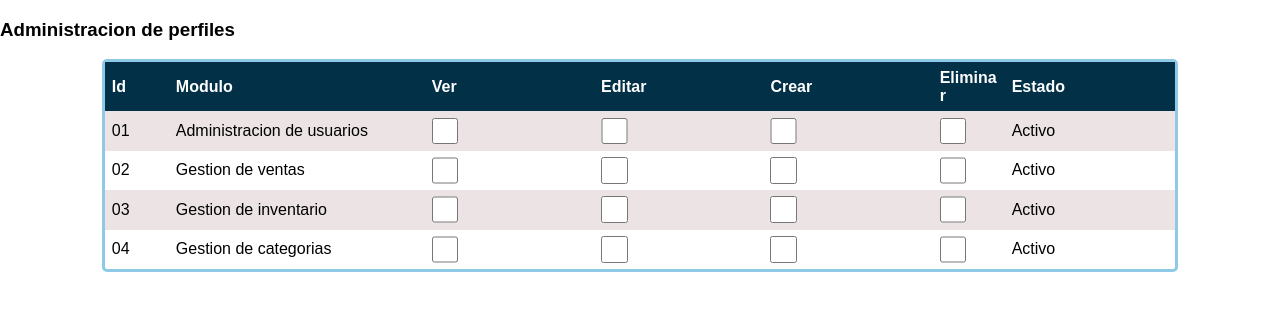
Repository: AlexanderBarona/Proyecto_Ciclo3_Mintic
Page: PaginaWeb/pages/listar_perfiles.html
The author's editor kept a copy of each file at every save. The page is drawn from the files as they stood at one save, then again after the next save.
The browser window is 1280 px wide. The pictures show the whole page.

Above is the page before, as saved 2021-09-30 14:30:33.

### PaginaWeb/pages/listar_perfiles.html
<!DOCTYPE html>
<html>

   <head>
      <title>Administracion de perfiles</title>
      <link href="../css/style.css" rel="stylesheet" type="text/css">
      <link href="../css/admin_user.css" rel="stylesheet" type="text/css">
   </head>
   <body class="admin_user">

        <header>
           <h3>Administracion de perfiles</h3>
        </header>
        <main>

          <div class="table_principal">
              <table class="table_entity2">

                <tbody class="table_body">

                    <tr class="table_header">
                      <td class="table_cell">Id</td>
                      <td class="table_cell">Modulo</td>
                      <td class="table_cell">Ver</td>
                      <td class="table_cell">Editar</td>
                      <td class="table_cell">Crear</td>
                      <td class="table_cell">Eliminar</td>
                      <td class="table_cell">Estado</td>
                    </tr>

                    <tr >
                      <td class="table_cell">01</td>
                      <td class="table_cell">Administracion de usuarios</td>
                      <td class="table_cell">
                        <div class="checkbox_container">
                          <input type="checkbox" >
                        </div>
                      </td>
                      <td class="table_cell">
                        <div class="checkbox_container">
                          <input type="checkbox" >
                        </div>
                      </td>
                      <td class="table_cell">
                        <div class="checkbox_container">
                          <input type="checkbox" >
                        </div>
                      </td>
                      <td class="table_cell">
                        <div class="checkbox_container">
                          <input type="checkbox" >
                        </div>
                      </td>
                      <td class="table_cell">Activo</td>

                    </tr>

                    <tr >
                      <td class="table_cell">02</td>
                      <td class="table_cell">Gestion de ventas</td>
                      <td class="table_cell">
                        <div class="checkbox_container">
                          <input type="checkbox" >
                        </div>
                      </td>
                      <td class="table_cell">
                        <div class="checkbox_container">
                          <input type="checkbox" >
                        </div>
                      </td>
                      <td class="table_cell">
                        <div class="checkbox_container">
                          <input type="checkbox" >
                        </div>
                      </td>
                      <td class="table_cell">
                        <div class="checkbox_container">
                          <input type="checkbox" >
                        </div>
                      </td>
                      <td class="table_cell">Activo</td>

                    </tr>
                    <tr >
                      <td class="table_cell">03</td>
                      <td class="table_cell">Gestion de inventario</td>
                      <td class="table_cell">
                        <div class="checkbox_container">
                          <input type="checkbox" >
                        </div>
                      </td>
                      <td class="table_cell">
                        <div class="checkbox_container">
                          <input type="checkbox" >
                        </div>
                      </td>
                      <td class="table_cell">
                        <div class="checkbox_container">
                          <input type="checkbox" >
                        </div>
                      </td>
                      <td class="table_cell">
                        <div class="checkbox_container">
                          <input type="checkbox" >
                        </div>
                      </td>
                      <td class="table_cell">Activo</td>

                    </tr>

                    <tr >
                      <td class="table_cell">04</td>
                      <td class="table_cell">Gestion de categorias</td>
                      <td class="table_cell">
                        <div class="checkbox_container">
                          <input type="checkbox" >
                        </div>
                      </td>
                      <td class="table_cell">
                        <div class="checkbox_container">
                          <input type="checkbox" >
                        </div>
                      </td>
                      <td class="table_cell">
                        <div class="checkbox_container">
                          <input type="checkbox" >
                        </div>
                      </td>
                      <td class="table_cell">
                        <div class="checkbox_container">
                          <input type="checkbox" >
                        </div>
                      </td>
                      <td class="table_cell">Activo</td>

                    </tr>

                </tbody>
              </table>
          </div>
        </main>
        <footer>
        </footer>
     </body>
</html>

### PaginaWeb/css/style.css
* {
  box-sizing: border-box;
}

body {
  margin: 0;
  font-family: Arial, Helvetica, sans-serif;
}

### PaginaWeb/css/admin_user.css
/* css barra busqueda*/
@media screen and (max-width: 600px) {
  .Search a,
  .Search input[type="text"] {

    display: block;
    text-align: left;
    width: 100%;
    margin: 0 auto;
    padding: 14px;
    align-items: center;
  }
}

.admin_user .Search {
   overflow: hidden;
   background-color: #e9e9e9;
   display: block;
   width: 100%;
   text-align: center;
  }

.Search a {

    display: block;
    color: black;
    text-align: center;
    padding: 14px 16px;
    text-decoration: none;
    font-size: 17px;
  }

  .Search a:hover {
    background-color: #ddd;
    color: black;
  }

  .Search a.active {
    background-color: #9dcaf0;
    color: white;
  }

  .Search input[type="text"] {
    float: center;
    border-radius: 10px;
    border: 1px solid rgb(174, 204, 218);
    padding: 6px;
    margin-top: 1%;
    margin-right: 2%;
    margin-left: 2%;
    margin-bottom: 1%;
    font-size: 17px;
    width: 80%;
  }
  .Search input[type="text"] {
    border: 1px solid #ccc;
  }

 /* css tabla*/

  .table_entity {
    table-layout: fixed;
    width: 84%;
    margin: 0 auto;
    border-collapse: separate;
    border-spacing: 0px;
    border-radius: 5px;
    border: 3px solid #8ECAE6;

  }

  .table_entity td:first-child {
    width: 4em;
  }
  .table_entity td:nth-child(3) {
    width: 7em;
  }
  .table_entity td:nth-child(5) {
    width: 12em;
  }
  .table_entity td:nth-child(8) {
    width: 5em;

  }
  .table_entity td:nth-child(9) {
    width: 5em;
  }




  .table_header {
    background-color: #023047;
    color: #fff;
    font-weight:bold;
  }

  .table_entity tr:nth-child(even) {
  background-color: #ece4e4;
}

.table_entity .center {
  text-align: center;
}
/* css tabla perfiles*/
.table_entity2 {
  table-layout: fixed;
  width: 84%;
  margin: 0 auto;
  border-collapse: separate;
  border-spacing: 0px;
  border-radius: 5px;
  border: 3px solid #8ECAE6;

}

.table_entity2 td:first-child {
  width: 4em;
}

.table_entity2 td:nth-child(2) {
  width: 16em;
}


.table_entity2 td:nth-child(6) {
  width: 4.5em;

}


.table_entity2 tr:nth-child(even) {
background-color: #ece4e4;
}

.table_entity2 .center {
  text-align: center;
}

  th, td {

      word-wrap: break-word;
      padding: 0.4em;
      margin: 0em;
  }
  /* iconos */
  .icon_cell {

    height: 28%;
    width: 22%;
    margin: 0 auto 0 0;


}

.icon_container a , .icon_container a:visited {


  text-decoration: none;

}
/* css checkbox */

.checkbox_container input[type="checkbox"]  {
  content: "";
  width: 2em;
  height: 2em;
  border: 4px solid #bf810f;
  float: left;
  margin: 0 auto 0 0;
  border-right: 0;
  border-top: 0;


}
.checkbox_container input[type="checkbox"]:checked   {
  content: "";
  width: 2.2em;
  height: 2.2em;
  border: 4px solid #bf810f;
  color: #bf810f;
  background-color:#bf810f ;
  float: left;
  margin: 0 auto 0 0;
  border-right: 0;
  border-top: 0;

}

After the next save:
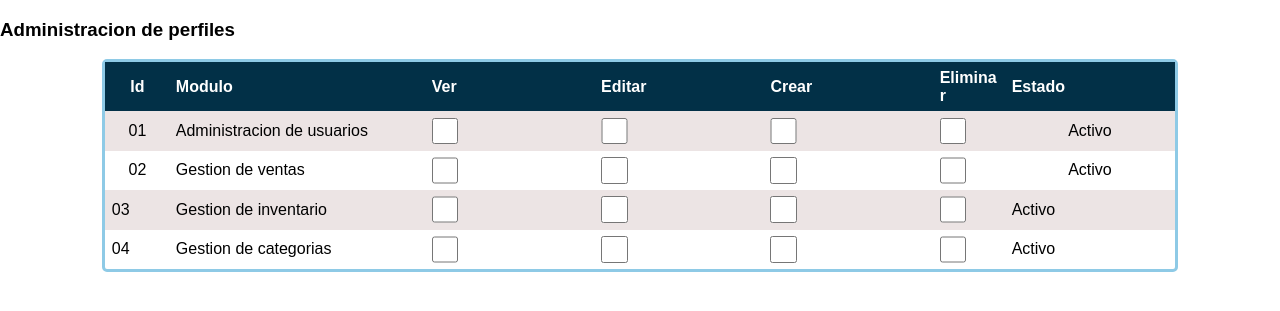
Saved 3 min 7 s later.
--- a/PaginaWeb/pages/listar_perfiles.html
+++ b/PaginaWeb/pages/listar_perfiles.html
@@ -19,7 +19,7 @@
                 <tbody class="table_body">
 
                     <tr class="table_header">
-                      <td class="table_cell">Id</td>
+                      <td class="table_cell center">Id</td>
                       <td class="table_cell">Modulo</td>
                       <td class="table_cell">Ver</td>
                       <td class="table_cell">Editar</td>
@@ -29,56 +29,56 @@
                     </tr>
 
                     <tr >
-                      <td class="table_cell">01</td>
+                      <td class="table_cell center">01</td>
                       <td class="table_cell">Administracion de usuarios</td>
-                      <td class="table_cell">
+                      <td class="table_cell center">
                         <div class="checkbox_container">
                           <input type="checkbox" >
                         </div>
                       </td>
-                      <td class="table_cell">
+                      <td class="table_cell center">
                         <div class="checkbox_container">
                           <input type="checkbox" >
                         </div>
                       </td>
-                      <td class="table_cell">
+                      <td class="table_cell center">
                         <div class="checkbox_container">
                           <input type="checkbox" >
                         </div>
                       </td>
-                      <td class="table_cell">
+                      <td class="table_cell center">
                         <div class="checkbox_container">
                           <input type="checkbox" >
                         </div>
                       </td>
-                      <td class="table_cell">Activo</td>
+                      <td class="table_cell center">Activo</td>
 
                     </tr>
 
                     <tr >
-                      <td class="table_cell">02</td>
+                      <td class="table_cell center">02</td>
                       <td class="table_cell">Gestion de ventas</td>
-                      <td class="table_cell">
+                      <td class="table_cell center">
                         <div class="checkbox_container">
                           <input type="checkbox" >
                         </div>
                       </td>
-                      <td class="table_cell">
+                      <td class="table_cell center">
                         <div class="checkbox_container">
                           <input type="checkbox" >
                         </div>
                       </td>
-                      <td class="table_cell">
+                      <td class="table_cell center">
                         <div class="checkbox_container">
                           <input type="checkbox" >
                         </div>
                       </td>
-                      <td class="table_cell">
+                      <td class="table_cell center">
                         <div class="checkbox_container">
                           <input type="checkbox" >
                         </div>
                       </td>
-                      <td class="table_cell">Activo</td>
+                      <td class="table_cell center">Activo</td>
 
                     </tr>
                     <tr >
